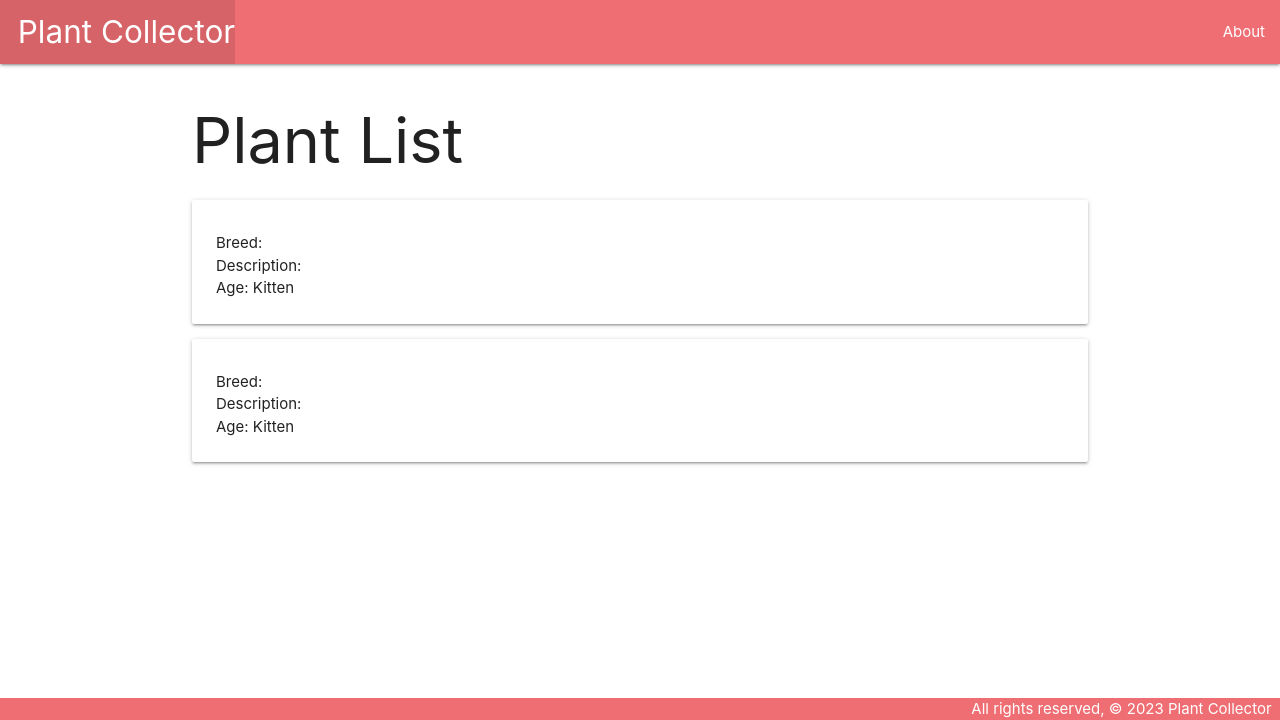
Repository: thecoachanna/plant-collector
Page: http://localhost/plants/
An editor plug-in stored every save of this project. The page is shown before and after the next save, followed by the edit.
The browser window is 1280 px wide. The pictures show the whole page.
The page is served by the project's application, run on Django 4.2 (manage.py). Other server files are loaded and not shown.

Above is the page before, as saved 2023-03-06 18:59:47.

### main_app/templates/plants/index.html
{% extends 'base.html' %}
{% block content %}

<h1>Plant List</h1>

{% for plant in plants %}
  <div class="card">
    <div class="card-content">
      <span class="card-title">{{ cat.name }}</span>
      <p>Breed: {{ cat.breed }}</p>
      <p>Description: {{ cat.description }}</p>
      {% if cat.age > 0 %}
        <p>Age: {{ cat.age }}</p>
      {% else %}
        <p>Age: Kitten</p>
      {% endif %}
    </div>
  </div>
{% endfor %}

{% endblock %}

### main_app/templates/base.html
{% load static %}
<!DOCTYPE html>
<html lang="en">
<head>
    <meta charset="UTF-8">
    <meta http-equiv="X-UA-Compatible" content="IE=edge">
    <meta name="viewport" content="width=device-width, initial-scale=1.0">
    <title>Plant Collector</title>
    <link rel="stylesheet" href="https://cdnjs.cloudflare.com/ajax/libs/materialize/1.0.0/css/materialize.min.css">
    <script src="https://cdnjs.cloudflare.com/ajax/libs/materialize/1.0.0/js/materialize.min.js"></script>
    <link rel="stylesheet" type="text/css" href="{% static 'css/style.css' %}">
</head>
<body>
    <header class="navbar-fixed">
        <nav>
            <div class="nav-wrapper">
                <ul>
                    <li><a href="/" class="left brand-logo">&nbsp;&nbsp;Plant Collector</a></li>
                </ul>
                <ul class="right">
                    <li><a href="{% url 'about' %}">About</a></li>
                    {% comment %} <li><a href="{% url 'plants_create' %}">Add a Plant</a></li>
                    <li><a href="{% url 'index' %}">View All My Plants</a></li> {% endcomment %}
                </ul>
            </div>
        </nav>
    </header>
    <main class="container">
        {% block content %}
        {% endblock %}
    </main>
    <footer class="page-footer">
        <div class="right">All rights reserved, &copy; 2023 Plant Collector &nbsp;</div>
    </footer>
</body>
</html>

### main_app/views.py
from django.shortcuts import render

# temporary plants for building templates
plants = [
    {'name': 'Monstera', 'type': 'tropical'},
    {'name': 'Cactus', 'type': 'desert'}
]

# Create your views here.
# View functions match URLs to code like Controllers in Express
# define home view function
def home(request):
    return render(request, 'home.html')

# define about view function
def about(request):
    return render(request, 'about.html')

# index route for plants
def plants_index(request):
    return render(request, 'plants/index.html', {'plants': plants})

### plantcollector/urls.py
"""plantcollector URL Configuration

The `urlpatterns` list routes URLs to views. For more information please see:
    https://docs.djangoproject.com/en/4.1/topics/http/urls/
Examples:
Function views
    1. Add an import:  from my_app import views
    2. Add a URL to urlpatterns:  path('', views.home, name='home')
Class-based views
    1. Add an import:  from other_app.views import Home
    2. Add a URL to urlpatterns:  path('', Home.as_view(), name='home')
Including another URLconf
    1. Import the include() function: from django.urls import include, path
    2. Add a URL to urlpatterns:  path('blog/', include('blog.urls'))
"""
from django.contrib import admin
from django.urls import path, include

urlpatterns = [
    path('admin/', admin.site.urls),
    # '' represents the "starts with" path
    path('', include('main_app.urls')),
]

### main_app/urls.py
from django.urls import path
from . import views

urlpatterns = [
    # using an empty string makes this the root route
    # views.home refers to a view that renders a file
    # the name='home' kwarg gives the route a name
    # naming routes is optional but best practice
    path('', views.home, name='home'),
    path('about/', views.about, name='about'),
    # path for plants
    path('plants/', views.plants_index, name='index'),
]

Loaded but not shown: main_app/static/css/style.css (common file)

After the next save:
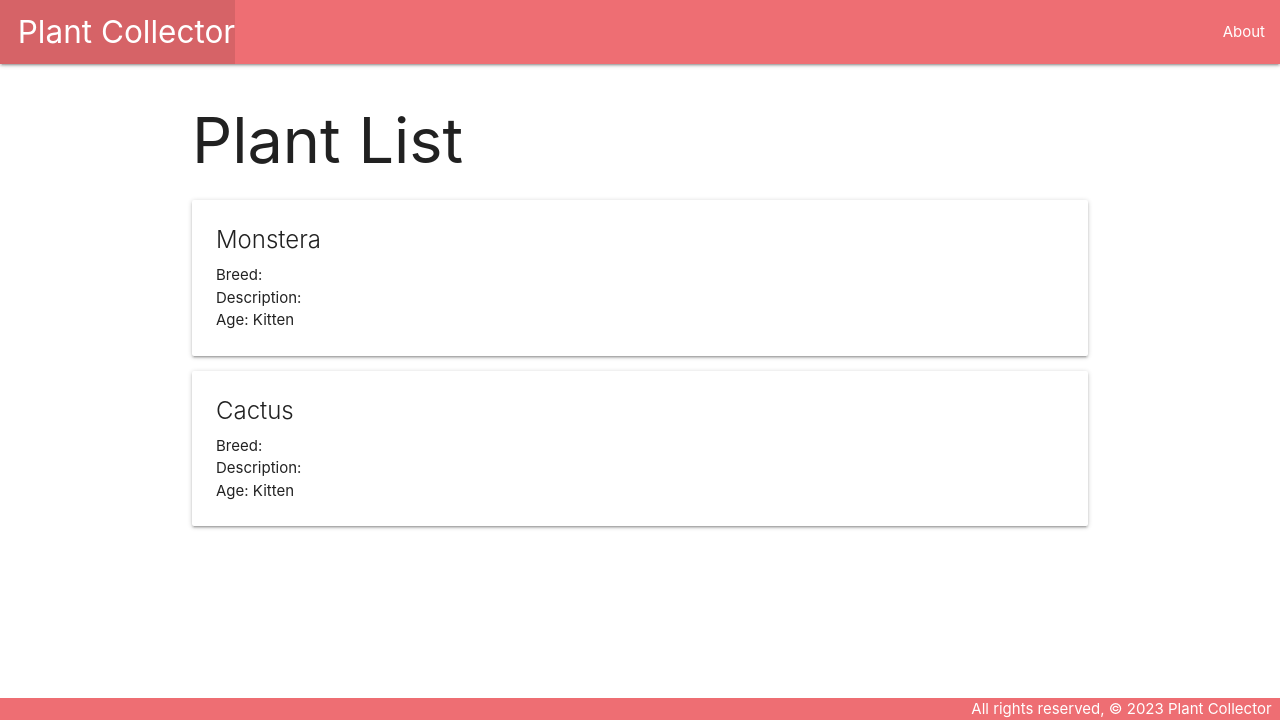
Saved 5 s later.
--- a/main_app/templates/plants/index.html
+++ b/main_app/templates/plants/index.html
@@ -6,7 +6,7 @@
 {% for plant in plants %}
   <div class="card">
     <div class="card-content">
-      <span class="card-title">{{ cat.name }}</span>
+      <span class="card-title">{{ plant.name }}</span>
       <p>Breed: {{ cat.breed }}</p>
       <p>Description: {{ cat.description }}</p>
       {% if cat.age > 0 %}
